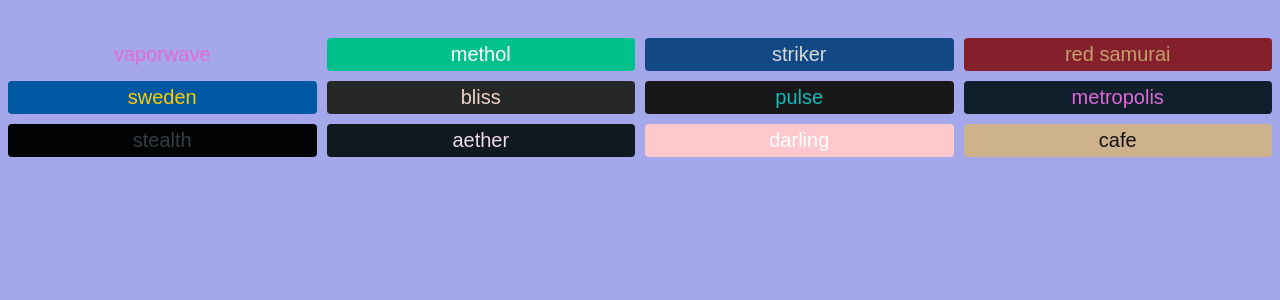
Repository: Lucid-art/Team-8-Project
Page: templates/theme.html
These files come from the project's save history. The page is drawn as it stood at one moment and after a run of saves; the edit follows.
The browser window is 1280 px wide. The pictures show the whole page.
After loading, the first visible `button.vaporwave` was clicked once.

Above is the page before, as saved 2021-06-09 16:06:20.
Console error: TypeError: Cannot read properties of null (reading 'workTime')

### templates/theme.html
<!DOCTYPE html>
<html lang="en">
<head>
    <meta charset="UTF-8">
    <meta http-equiv="X-UA-Compatible" content="IE=edge">
    <meta name="viewport" content="width=device-width, initial-scale=1.0">
    <title>Document</title>
    <link rel= "stylesheet" href = "/static/style.css">
</head>
<body>
<div class="button">
    <div class="theme-buttons">
    <button class="vaporwave" onclick="vaporWave()">vaporwave</button>
    <button class="methol" onclick="methol()">methol</button>
    <button class="striker" onclick="striker()">striker</button>
    <button class="red-samurai" onclick="redsamurai()">red samurai</button>
    <button class="sweden" onclick="myFunction()">sweden</button>
    <button class="bliss" onclick="myFunction()">bliss</button>
    <button class="pulse" onclick="myFunction()">pulse</button>
    <button class="metropolis" onclick="myFunction()">metropolis</button>
    <button class="stealth" onclick="myFunction()">stealth</button>
    <button class="aether" onclick="myFunction()">aether</button>
    <button class="darling" onclick="myFunction()">darling</button>
    <button class="cafe" onclick="myFunction()">cafe</button>

    </div>
</div>

<script>
    function vaporWave() {
       var element = document.body;

       element.classList.toggle("vaporwave-mode");
    }
</script>

<script src="/static/script.js"></script>
</body>
</html>

### static/style.css
#main{
    display: inline;
    text-align: center;
}

hr {
    color: blue;
}

#wrap{
    text-align: center;
}


.body {
    margin: 0px;
    padding: 0px;
  }

.body
  .main-container {
    display: grid;
    place-content: center;
    margin: auto;
    width: 100%;
    max-width: 70%;
    height: 300px;
    background-color: blue;
    margin-top: 10px;
    border-radius: 5px;
    box-shadow: rgba(50, 50, 93, 0.25) 0px 6px 12px -2px, rgba(0, 0, 0, 0.3) 0px 3px 7px -3px;
  }
  .my-btns a{
      border: 1px solid whitesmoke;
      border-radius: 5px;
      text-decoration: none;
      color: whitesmoke;
      display: grid;
      place-content: center;
      width: 150px;
      background-color: transparent
  }
  .my-btns a:hover{
      background-color:whitesmoke;
      color: rgb(128, 128, 128);
  }

  .progBar{
      height: 20px;
      width: 95%;
  }

  input{
      border:none;
      box-shadow: rgba(60, 64, 67, 0.3) 0px 1px 2px 0px, rgba(60, 64, 67, 0.15) 0px 1px 3px 1px;
      border-radius: 3px;
      font-size: 0.9rem;
      outline: none;

  }

  .workDur{
      width: 140px;
  }
  .breakDur{
      width: 140px;
  }
  .taskDesc{
      width: 590px;
  }

  .item{
      height: 90px;
      width: 100%;
      max-width: 70%;
      box-shadow: rgba(60, 64, 67, 0.3) 0px 1px 2px 0px, rgba(60, 64, 67, 0.15) 0px 1px 3px 1px;
      border-radius: 5px;
      margin: auto;
      border-left: 6px solid #D9534F;

  }

/* New code*/

.button {
    border: none;
}

body {
    background: #ffffff;
    padding-bottom: 30px;
    padding-top: 30px;
}



.vaporwave {
    background-color: #a4a7ea; /*lavander */
    color:#e368da;    border-radius: 0.25rem;
    font-size: 20px;
    padding: 5px 60px;
    border: none;
    transition:  .3s ease;
    outline: none;
}

.vaporwave:hover{
    transform: scale(1.2);
    -webkit-transform: scale(1.2);
    -ms-transform: scale(1.2);
}

.vaporwave-mode {
    background-color: #a4a7ea; /*lavander */
    color:#e368da;
}

.methol {
    background-color: #00c18c;
    color:#ffffff;    border-radius: 0.25rem;
    font-size: 20px;
    padding: 5px 60px;
    border: none;
    transition:  .3s ease
}

.methol:hover{
    transform: scale(1.2);
    -webkit-transform: scale(1.2);
    -ms-transform: scale(1.2);
}

.striker {
    background-color: #124883; /*lavander */
    color:#d6dbd9;    border-radius: 0.25rem;
    font-size: 20px;
    padding: 5px 60px;
    border: none;
    transition:  .3s ease
}

.striker:hover{
    transform: scale(1.2);
    -webkit-transform: scale(1.2);
    -ms-transform: scale(1.2);
}

.red-samurai {
    background-color: #84202c; /*lavander */
    color: #c79e6e;    border-radius: 0.25rem;
    font-size: 20px;
    padding: 5px 60px;
    border: none;
    transition:  .3s ease
}

.red-samurai:hover{
    transform: scale(1.2);
    -webkit-transform: scale(1.2);
    -ms-transform: scale(1.2);
}

.sweden {
    background-color: #0058a3;; /*lavander */
    color: #ffcc02;   border-radius: 0.25rem;
    font-size: 20px;
    padding: 5px 60px;
    border: none;
    transition:  .3s ease
}

.sweden:hover{
    transform: scale(1.2);
    -webkit-transform: scale(1.2);
    -ms-transform: scale(1.2);
}

.bliss {
    background-color: #262727; /*lavander */
    color: #f0d3c9;    border-radius: 0.25rem;
    font-size: 20px;
    padding: 5px 60px;
    border: none;
    transition:  .3s ease
}

.bliss:hover{
    transform: scale(1.2);
    -webkit-transform: scale(1.2);
    -ms-transform: scale(1.2);
}

.pulse {
    background-color: #181818;
    color: #17b8bd;    border-radius: 0.25rem;
    font-size: 20px;
    padding: 5px 60px;
    border: none;
    transition:  .3s ease
}

.pulse:hover{
    transform: scale(1.2);
    -webkit-transform: scale(1.2);
    -ms-transform: scale(1.2);
}

.metropolis {
    background-color: #0f1f2c;
    color: #e368da;    border-radius: 0.25rem;
    font-size: 20px;
    padding: 5px 60px;
    border: none;
    transition:  .3s ease
}

.metropolis:hover{
    transform: scale(1.2);
    -webkit-transform: scale(1.2);
    -ms-transform: scale(1.2);
}

.stealth {
    background-color: #010203; /*lavander */
    color:#383e42;    border-radius: 0.25rem;
    font-size: 20px;
    padding: 5px 60px;
    border: none;
    transition:  .3s ease
}

.stealth:hover{
    transform: scale(1.2);
    -webkit-transform: scale(1.2);
    -ms-transform: scale(1.2);
}

.aether {
    background-color: #101820; /*lavander */
    color:#eedaea;    border-radius: 0.25rem;
    font-size: 20px;
    padding: 5px 60px;
    border: none;
    transition:  .3s ease
}

.aether:hover{
    transform: scale(1.2);
    -webkit-transform: scale(1.2);
    -ms-transform: scale(1.2);
}

.darling {
    background-color: #fec8cd; /*lavander */
    color: #ffffff;    border-radius: 0.25rem;
    font-size: 20px;
    padding: 5px 60px;
    border: none;
    transition:  .3s ease
}

.darling:hover{
    transform: scale(1.2);
    -webkit-transform: scale(1.2);
    -ms-transform: scale(1.2);
}

.cafe {
    background-color: #ceb18d; /*lavander */
    color:#14120f;    border-radius: 0.25rem;
    font-size: 20px;
    padding: 5px 60px;
    border: none;
    transition:  .3s ease
}

.cafe:hover{
    transform: scale(1.2);
    -webkit-transform: scale(1.2);
    -ms-transform: scale(1.2);
}


*{
    box-sizing:border-box;
}

.theme-buttons {
    /*all the grid stuff*/
    display: grid;
    grid-template-columns: 1fr 1fr 1fr 1fr;
    grid-gap: 10px;
    /*transmation */
    transition:  .3s ease
}

### static/script.js
const descForm = document.querySelector('.desc-form')
const myBtns = document.querySelector('.my-btns');
const errorMessage = document.querySelector('.error')
const remTime = document.querySelector('.remTime');
const notice = document.querySelector('.noticeBoard')

const completed = document.querySelector('.completed-list')

let workDuration = descForm.workTime.value;
let breakDuration = descForm.breakTime.value;
let shortDesc = descForm.shortDesc.value;
let timeRatio_of_progress = ((workDuration * 60)/100) * 1000;

descForm.workTime.addEventListener('keyup',e=>{
    errorMessage.classList.add('d-none')
    workDuration = e.target.value;
    workMinutes = workDuration - 1;
    timeRatio_of_progress = ((workDuration * 60)/100) * 1000;

})
descForm.breakTime.addEventListener('keyup',e=>{
    errorMessage.classList.add('d-none')
    breakDuration = e.target.value;
    breakMinutes = breakDuration - 1;

})
descForm.shortDesc.addEventListener('keyup',e=>{
    errorMessage.classList.add('d-none')
    shortDesc = e.target.value;
})



//Variables
let workMinutes  = workDuration -1;
let breakMinutes = breakDuration -1;
let timer1 = undefined
let timer2 = undefined
let breakcount = 0;
let seconds = 60;
let currentTime = undefined;
let EndTime = undefined;
let width = 0;




myBtns.addEventListener('click',(e)=>{
    if(e.target.classList.contains('start')){
        if(workDuration !== '0' && workDuration !==''){
            if(breakDuration !== '0' && breakDuration !== ''){
                if(shortDesc !== ''){
                    myIntervals();
                    disabling();
                    console.log(1)
                    myBtns.children[1].classList.remove('d-none')
                    myBtns.children[2].classList.add('d-none')
                    const checkCurrtime = new Date();
                    currentTime = checkCurrtime.toLocaleTimeString();
                }
                else{
                errorMessage.classList.remove('d-none')
                }
            }
            else{
            errorMessage.classList.remove('d-none')
            }
        }
        else{
            errorMessage.classList.remove('d-none')
        }

        }
    else if(e.target.classList.contains('pause')){
        clearInterval(timer1);
        clearInterval(timer2)
        myBtns.children[1].classList.add('d-none')
        myBtns.children[0].classList.remove('d-none')
    }
    else if(e.target.classList.contains('resume')){
        myIntervals();
        myBtns.children[0].classList.add('d-none')
        myBtns.children[1].classList.remove('d-none')
    }
    else if(e.target.classList.contains('stop')){
        myBtns.children[0].classList.add('d-none')
        myBtns.children[1].classList.add('d-none')
        myBtns.children[2].classList.remove('d-none')

        const checkEndtime = new Date();
        EndTime = checkEndtime.toLocaleTimeString();

        let html = `
        <div class="item my-4">
            <h5 class="px-4 mb-2 pt-3" style="color: green;">${shortDesc}</h5>
            <p class="px-4 fw-normal">${sessionTime()}</p>
        </div>     `
        completed.innerHTML += html
        clearAll();
    }

})




//fucntion, which is for showing the remaining time to user
let timeReamaining = () =>{
    seconds = seconds - 1;
    if(seconds === 0){
        workMinutes = workMinutes - 1;
        if(workMinutes === -1){
            if(breakcount % 2 === 0){
                workMinutes = breakMinutes;
                breakcount = breakcount + 1;
                notice.innerText = `(Break Time)`

            }else{
                width = 1;
                workMinutes = workDuration - 1;
                breakcount = breakcount + 1;
                notice.innerText = ' ';

        }
    }
        seconds = 59;
    }
//Here we are rendring the change in time on the timer screen
let html = `${workMinutes<10? `0${workMinutes}`:workMinutes}:${seconds<10? `0${seconds}`:seconds}`
remTime.innerText = html;
}


const progressBar1 = document.querySelector('.p1')
const progressBar2 = document.querySelector('.p2')
let increaseProgress = () =>{
    if(width === 100){
        progressBar1.style.width = 1 + '%'
        progressBar2.style.width = 1 + '%'
    }else{
        width ++;
        progressBar1.style.width = width + '%';
        progressBar2.style.width = width + '%';

    }

}

//fucntion to start time intervals
let myIntervals = () =>{
    timer1 = setInterval(timeReamaining,1000);
    timer2 = setInterval(increaseProgress,timeRatio_of_progress)
}

let disabling = () =>{
   descForm.workTime.disabled = true
   descForm.breakTime.disabled = true
   descForm.shortDesc.disabled = true
}
let enabling = () =>{
    descForm.workTime.disabled = false;
    descForm.breakTime.disabled = false;
    descForm.shortDesc.disabled = false;
    descForm.reset();
}

//function to reset all values
let clearAll = () =>{
    enabling();
    clearInterval(timer1)
    clearInterval(timer2)
    workMinutes = workDuration - 1;
    seconds = 60;
    breakMinutes = breakDuration - 1;
    shortDesc = ''
    progressBar1.style.width = 1 + '%'
    progressBar2.style.width = 1 + '%'
    remTime.textContent = `00:00`
    notice.textContent = '';
    width = 1

}

//fuction to show the starting and ending time
let sessionTime = () =>{
    return `Session was started at ${currentTime} and ended at ${EndTime}`
}

//theme page code

const stealth = document.querySelector("#stealth");
const striker = document.querySelector("#striker");
const redsamurai =  document.querySelector("#red-samurai");
const bmo =  document.querySelector("#bmo");


//where the code is saved to localstorage

const currentTheme = localStorage.getItem("theme");
if (currentTheme == "stealth") {
  document.body.classList.add("stealth-theme");
}else if (currentTheme == "striker") {
  document.body.classList.add("striker-theme");
}else if (currentTheme == "redsamurai") {
  document.body.classList.add("red-samurai-theme");
}else if (currentTheme == "bmo") {
  document.body.classList.add("bmo-theme");
}

stealth.addEventListener("click", function () {
  document.body.classList.toggle("stealth-theme"); //where the css id should go

  let theme = "light";
  if (document.body.classList.contains("stealth-theme")) {
    theme = "stealth";
  }
  localStorage.setItem("theme", theme);
});

//striker

striker.addEventListener("click", function () {
  document.body.classList.toggle("striker-theme");

  let theme = "light";
  if (document.body.classList.contains("striker-theme")) {
    theme = "striker";
  }
  localStorage.setItem("theme", theme);// this is pretty esentail <-- dislexia
});


//redsamurai

redsamurai.addEventListener("click", function () {
  document.body.classList.toggle("red-samurai-theme");

  let theme = "light";
  if (document.body.classList.contains("red-samurai-theme")) {
    theme = "redsamurai";
  }
  localStorage.setItem("theme", theme);
});

//BMO theme
bmo.addEventListener("click", function () {
  document.body.classList.toggle("bmo-theme");

  let theme = "light";
  if (document.body.classList.contains("bmo-theme")) {
    theme = "bmo";
  }
  localStorage.setItem("theme", theme);
});

After the next 3 saves:
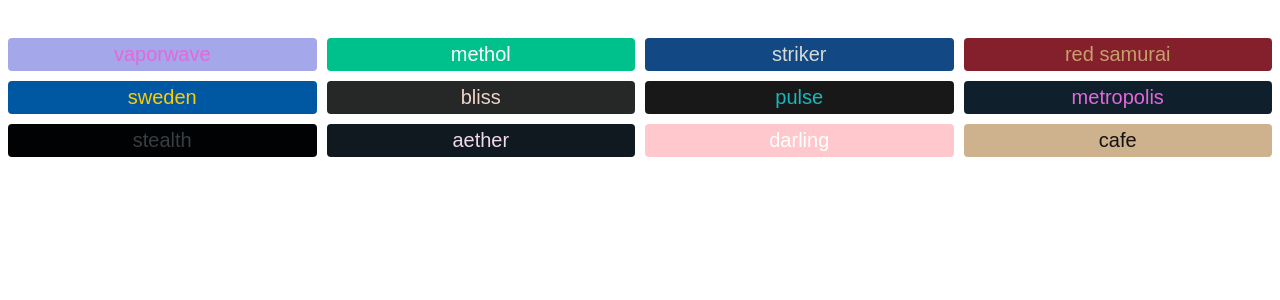
The 3 saves are shown as one change because they came seconds apart.
The last was saved 32 s later.
--- a/templates/theme.html
+++ b/templates/theme.html
@@ -26,14 +26,6 @@
     </div>
 </div>
 
-<script>
-    function vaporWave() {
-       var element = document.body;
-
-       element.classList.toggle("vaporwave-mode");
-    }
-</script>
-
 <script src="/static/script.js"></script>
 </body>
 </html>
